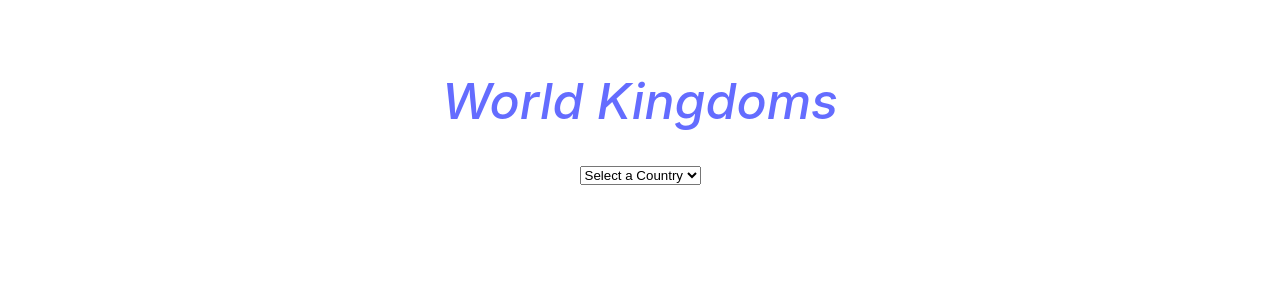
Repository: GloGlorGloria/COMP3170-lab7
Page: /
These files come from the project's save history. The page is drawn as it stood at one moment and after a run of saves; the edit follows.
The browser window is 1280 px wide. The pictures show the whole page.
The page's requests for data from a server got no answer. The project was rebuilt for these pictures with package versions that can differ from the ones it lists, and the page was loaded fresh each time. No one was signed in, and anything a server would have sent is missing. Also part of the build but not shown: vite.config.js, src/components/Details.jsx.

Above is the page before, as saved 2024-11-24 02:10:48.

After the next 2 saves:
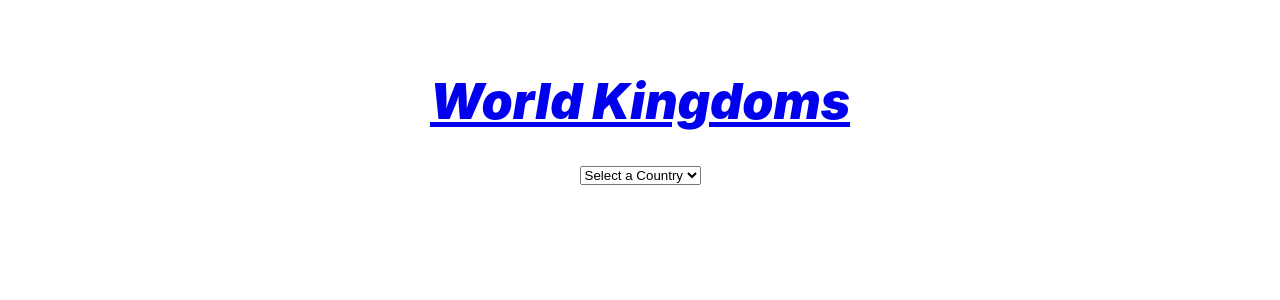
The 2 saves are shown as one change because they came seconds apart.
The last was saved 10 s later.
--- a/src/index.css
+++ b/src/index.css
@@ -12,16 +12,6 @@
   -webkit-font-smoothing: antialiased;
   -moz-osx-font-smoothing: grayscale;
 }
-
-a {
-  font-weight: 500;
-  color: #646cff;
-  text-decoration: inherit;
-}
-/* a:hover {
-  color: #535bf2;
-} */
-
 
 h1 {
   font-size: 50px;
